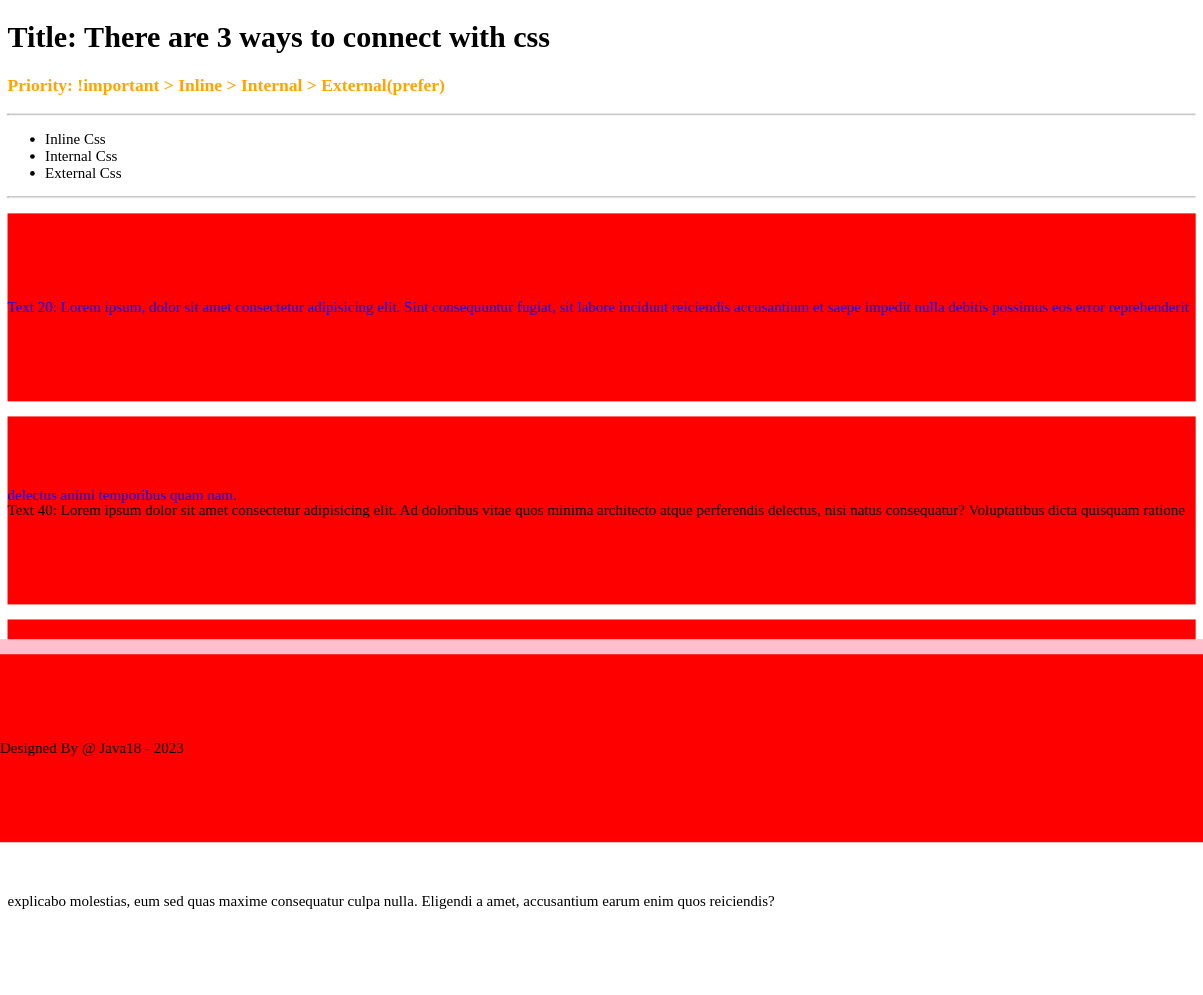
Repository: j4tdn/java18-repository
Page: 2. CSS3/ex02-css-selector-class-id.html
These files come from the project's save history. The page is drawn as it stood at one moment and after the next save; the edit follows.
The browser window is 1280 px wide. The pictures show the whole page, at 94% of full size.

Above is the page before, as saved 2023-10-21 18:04:47.

After the next save:
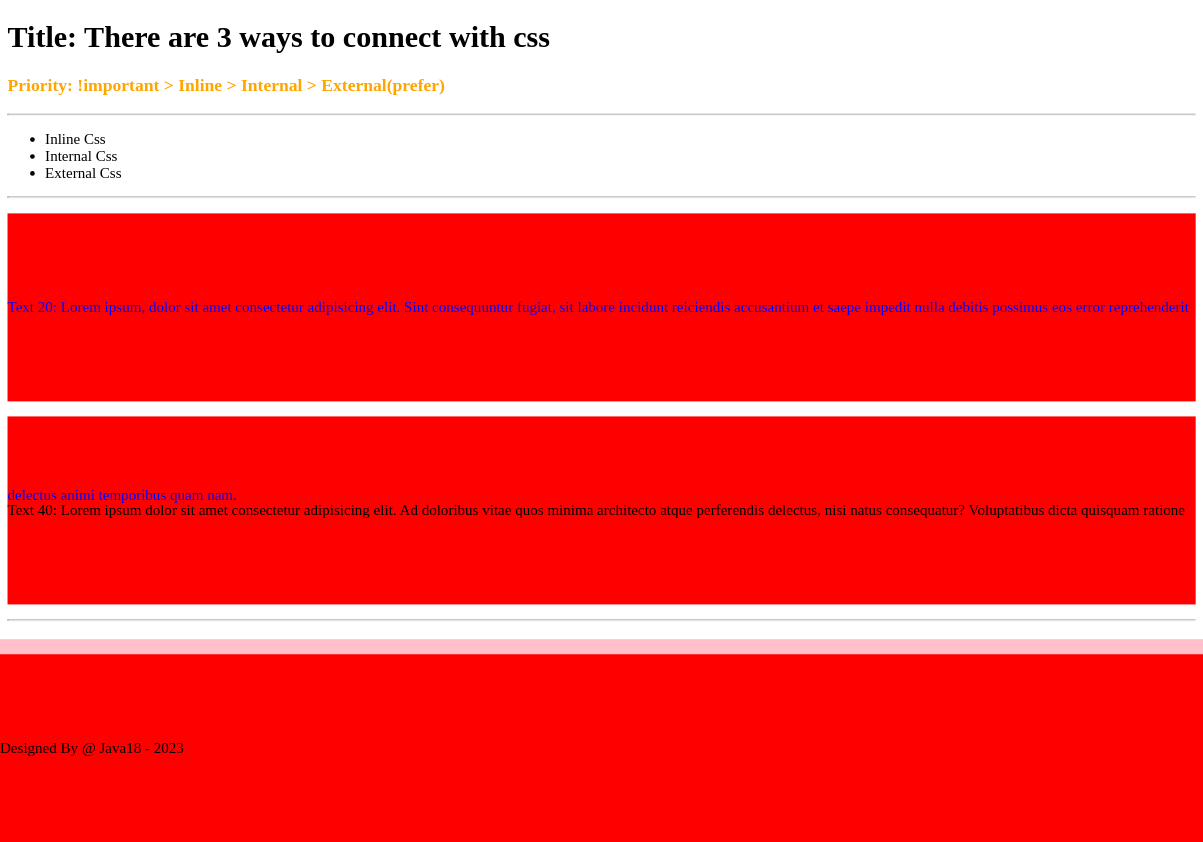
Saved 32 s later.
--- a/2. CSS3/ex02-css-selector-class-id.html
+++ b/2. CSS3/ex02-css-selector-class-id.html
@@ -39,14 +39,6 @@
         deleniti, cupiditate dolorum tenetur?
       </p>
     </div>
-
-    <p>
-      Lorem ipsum dolor sit, amet consectetur adipisicing elit. Quo, maxime!
-      Lorem ipsum dolor sit, amet consectetur adipisicing elit. Necessitatibus
-      consequuntur asperiores reiciendis, aliquam explicabo molestias, eum sed
-      quas maxime consequatur culpa nulla. Eligendi a amet, accusantium earum
-      enim quos reiciendis?
-    </p>
     <hr />
 
     <div id="page-footer">
